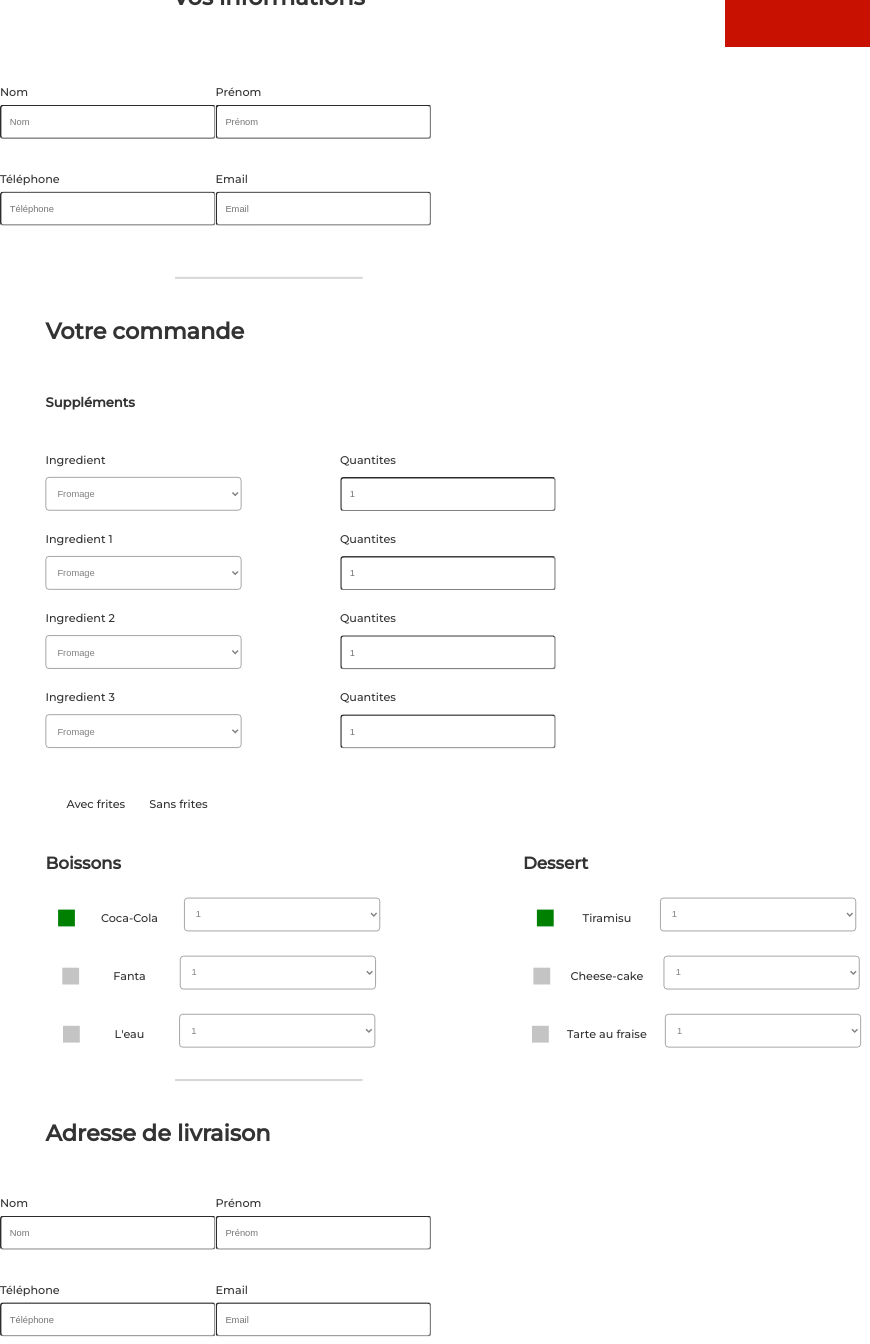
Repository: Ahlam-belhadj/bella-olange
Page: index2.html
An editor plug-in stored every save of this project. The page is shown before and after a run of saves, followed by the edit.
The browser window is 768 px wide. The page is 1243 px wide, so the pictures cover 1243 px, including what lies to the right of the window. The pictures show the part of the page from y = 828 to 2748 px (the page is 3199 px tall before and 3487 px after), at 70% of full size.

Above is the page before, as saved 2023-02-12 01:09:27.

### index2.html
<!DOCTYPE html>
<html lang="en">

<head>
    <meta charset="UTF-8">
    <meta http-equiv="X-UA-Compatible" content="IE=edge">
    <meta name="viewport" content="width=device-width, initial-scale=1.0">
    <link rel="stylesheet" href="style2.css">
    <title>Bella olanje</title>
</head>

<body>
  <header>
    <nav>
      <div class="logo"><img  class="logo" src="image/logo_bella_olonje.png" alt="logo"></div>
      <ul>
          <li><a href="#" class="nav-link">Home</a></li>
          <li><a href="#" class="nav-link">Pizza</a></li>
          <li><a href="#" class="nav-link">Burgers</a></li>
          <li><a href="#" class="nav-link">Salade</a></li>
          <li><a href="#" class="nav-link">Contact</a></li>

      </ul>
      <div class="icon_navbar">
          <label for="click" class="menu-btn">
            <i class="fas fa-bars"></i>
          </label>
      </div>
    </nav>

    <div class="title">
        <div class="texte">
            <h3>Food app</h3>
            <h1>Chez Bella <br>
                chaque désire s'additionne.</h1>
        </div>
    </div>
</header>




    <main>
      <div class="infos" id="form-infos">
        <form>
          <h1>Vos informations</h1>

          <div class="grp_infos">
            <div class="nom_prenom">
              <div class="label1">
                <label class="label_nom">Nom</label><br>
                <input type="text" placeholder="Nom">
              </div>
              <div class="label1">
                <label class="label_nom">Prénom</label><br>
                <input type="text" placeholder="Prénom">
              </div>
            </div>

            <div class="telephone_email">
              <div class="label1">
                <label class="label_nom">Téléphone</label><br>
                <input type="text" placeholder="Téléphone">
              </div>
              <div class="label1">
                <label class="label_nom">Email</label><br>
                <input type="text" placeholder="Email">
              </div>
            </div>
          </div>
        </form>
      </div>

      <hr>

      <div class="commande">
        <form>
          <h1>Votre commande</h1>
          <h3>Suppléments</h3>
          <div class="grp_suppliment">
            <div class="ingredient_quantite">
              <div class="fromage">
                <label>Ingredient</label><br>
                <select name="ingr" class="suppléments">
                  <option value="fromage">Fromage</option>
                  <option value="fromage">Fromage</option>
                  <option value="fromage">Fromage</option>
                  <option value="fromage">Fromage</option>
                  <option value="fromage">Fromage</option>
                  <option value="fromage">Fromage</option>
                  <option value="fromage">Fromage</option>
                </select>
              </div>
              <div class="box">
                <label>Quantites</label><br>
                <input type="number" min="0" placeholder="1">
              </div>
            </div>

            <div class="ingredient_quantite">
             <div class="fromage">
                <label>Ingredient 1</label><br>
                <select name="ingr" class="suppléments">
                  <option value="fromage">Fromage</option>
                  <option value="fromage">Fromage</option>
                  <option value="fromage">Fromage</option>
                  <option value="fromage">Fromage</option>
                  <option value="fromage">Fromage</option>
                  <option value="fromage">Fromage</option>
                  <option value="fromage">Fromage</option>
                </select>
              </div>
              <div class="box">
                <label>Quantites</label><br>
                <input type="number" min="0" placeholder="1">
              </div>
            </div>

            <div class="ingredient_quantite">
              <div class="fromage">
                <label>Ingredient 2</label><br>
                <select name="ingr" class="suppléments">
                  <option value="fromage">Fromage</option>
                  <option value="fromage">Fromage</option>
                  <option value="fromage">Fromage</option>
                  <option value="fromage">Fromage</option>
                  <option value="fromage">Fromage</option>
                  <option value="fromage">Fromage</option>
                  <option value="fromage">Fromage</option>
                </select>
              </div>
              <div class="box">
                <label>Quantites</label><br>
                <input type="number" min="0" placeholder="1">
              </div>
            </div>

            <div class="ingredient_quantite">
              <div class="fromage">
                <label>Ingredient 3</label><br>
                <select name="ingr" class="suppléments">
                  <option value="fromage">Fromage</option>
                  <option value="fromage">Fromage</option>
                  <option value="fromage">Fromage</option>
                  <option value="fromage">Fromage</option>
                  <option value="fromage">Fromage</option>
                  <option value="fromage">Fromage</option>
                  <option value="fromage">Fromage</option>
                </select>
              </div>
              <div class="box">
                <label>Quantites</label><br>
                <input type="number" min="0" placeholder="1">
              </div>
            </div>
          </div>


          <div class="check2">
            <label class="container">Avec frites
              <input type="radio" checked="checked" name="radio">
              <span class="checkmark"></span>
            </label>
            <label class="container">Sans frites
              <input type="radio" name="radio">
              <span class="checkmark"></span>
            </label>
          </div>


          <div class="all">
            <div class="content_of_boisson">
                <h2>Boissons</h2>
                <div class="boissons">
                    <div class="carre"></div>
                    <label>Coca-Cola</label>
                    <select name="Fromage" class="Fromage" style="margin-top: 10px;">
                      <option value="">1</option>
                      <option value="">2</option>
                      <option value="">3</option>
                      <option value="">4</option>
                    </select>
                </div>
                <div class="boissons">
                    <div class="carre grey"></div>
                    <label>Fanta</label>
                    <select name="Fromage" class="Fromage" style="margin-top: 10px;">
                      <option value="">1</option>
                      <option value="">2</option>
                      <option value="">3</option>
                      <option value="">4</option>
                    </select>
                </div>
                <div class="boissons">
                    <div class="carre grey"></div>
                    <label>L'eau</label>
                    <select name="Fromage" class="Fromage" style="margin-top: 10px;">
                      <option value="">1</option>
                      <option value="">2</option>
                      <option value="">3</option>
                      <option value="">4</option>
                    </select>
                </div>
            </div>

            <div class="content_of_dessert">
                <h2>Dessert</h2>
                <div class="boissons dessert">
                    <div class="carre"></div>
                    <label>Tiramisu</label>
                    <select name="Fromage" class="Fromage" style="margin-top: 10px;">
                        <option value="">1</option>
                        <option value="">2</option>
                        <option value="">3</option>
                        <option value="">4</option>
                    </select>
                </div>
                <div class="boissons dessert">
                    <div class="carre grey"></div>
                    <label>Cheese-cake</label>
                    <select name="Fromage" class="Fromage" style="margin-top: 10px;">
                      <option value="">1</option>
                      <option value="">2</option>
                      <option value="">3</option>
                      <option value="">4</option>
                    </select>
                </div>
                <div class="boissons dessert">
                    <div class="carre grey"></div>
                    <label>Tarte au fraise</label>
                    <select name="Fromage" class="Fromage" style="margin-top: 10px;">
                      <option value="">1</option>
                      <option value="">2</option>
                      <option value="">3</option>
                      <option value="">4</option>
                    </select>
                </div>
            </div>
            </div>
        </form>
      </div>

      <hr>

      <div class="livraison">
        <form>
          <h1>Adresse de livraison</h1>
          <div class="grp_infos">
            <div class="nom_prenom">
              <div class="label1">
                <label class="label_nom">Nom</label><br>
                <input type="text" placeholder="Nom">
              </div>
              <div class="label1">
                <label class="label_nom">Prénom</label><br>
                <input type="text" placeholder="Prénom">
              </div>
            </div>

            <div class="telephone_email">
              <div class="label1">
                <label class="label_nom">Téléphone</label><br>
                <input type="text" placeholder="Téléphone">
              </div>
              <div class="label1">
                <label class="label_nom">Email</label><br>
                <input type="text" placeholder="Email">
              </div>
            </div>
            <div class="nom_prenom">
              <div class="label1">
                <label class="label_nom">Adresse</label><br>
                <input type="text" placeholder="Adresse">
              </div>
              <div class="label1">
                <label class="label_nom">Code postale</label><br>
                <input type="text" placeholder="Code postale">
              </div>
            </div>

            <div class="telephone_email">
              <div class="label1">
                <label class="label_nom">Ville</label><br>
                <input type="text" placeholder="Ville">
              </div>
              <div class="label1">
                <label class="label_nom">Pays</label><br>
                <input type="text" placeholder="Pays">
              </div>
            </div>
          </div>
            <div class="div_button"><button class="button" type="button">Envoyer</button></div>
        </form>

      </div>
    </main>

</body>

</html>

### style2.css
@import url('https://fonts.googleapis.com/css2?family=Montserrat:wght@100;200;500&display=swap');

body {
    font-family: Montserrat, sans-serif;
    margin: auto;
}


.logo {
    height: 80px;
}

nav {
    display: flex;
    height: 80px;
    width: 100%;
    background: white;
    align-items: center;
    justify-content: space-between;
    padding: 0 50px 0 100px;
    flex-wrap: wrap;
  }

  nav .logo {
    color: #fff;
    font-size: 20px;
    text-transform: uppercase;
    text-decoration: none;
  }

  nav a {
    color: #fff;
    text-decoration: none;
  }

  nav ul {
    display: flex;
    flex-wrap: wrap;
    list-style: none;

  }

  nav ul li {
    margin: 0 5px;
  }

  nav ul li a {
    color: black;
    text-decoration: none;
    font-size: 16px;
    font-weight: 500;
    padding: 8px 15px;
    border-radius: 5px;
    letter-spacing: 1px;
    transition: all 0.3s ease;
  }

  nav .icon_navbar {
    display: flex;
  }



  nav .menu-btn i {
    color: #050505;
    font-size: 22px;
    cursor: pointer;

  }

  input[type="checkbox"] {
    display: none;
  }

  @media (max-width: 1000px) {
    nav {
      padding: 0 40px 0 50px;
    }

    nav .logo {
      color: #fff;
      font-size: 16px;
      text-transform: uppercase;
    }
  }

  @media (max-width: 1250px) {
    nav .menu-btn i {
      display: block;
    }

    #click:checked~.menu-btn i:before {
      content: "\f00d";
    }

    nav ul {
      position: fixed;
      top: 80px;
      right: -100%;
      background: #C81100;
      height: 100vh;
      width: 60%;
      text-align: center;
      display: block;
      transition: all 0.3s ease;
    }

    #click:checked~ul {
      right: 0;
    }

    nav ul li {
      width: 100%;
      margin: 40px 0;
    }

    nav ul li a {
      width: 100%;
      display: block;
      font-size: 20px;
      transition: 0.6s cubic-bezier(0.68, -0.55, 0.265, 1.55);
    }

    #click:checked~ul li a {
      margin-left: 0px;
    }

    nav ul li a.active,
    nav ul li a:hover {
      background: none;
      color: #1E1E1E;
    }
  }
.title {
  background-image: url(image/Rectangle\ 48.png);
  height: 619px;
  background-repeat: no-repeat;
  background-position: center;
  background-size: cover;



}

.texte{
    color: white;
    display: flex;
    align-items: center;
    justify-content: center;
    flex-direction: column;
    text-align: center;
    height: 50%;
}



/*food_app*/
.title_food_app {
    padding-top: 50px;
}

.food_app{
    background-image: url(./img/food_app.png);
    min-height: 90vh;
    background-repeat: no-repeat;
    background-position: center;
    background-size: cover;
}
.title_food_app h3 {
    font-family: 'Montserrat';
    font-style: normal;
    font-weight: 550;
    font-size: 24px;
    line-height: 36px;
    text-align: center;
    letter-spacing: 0.1px;
    color: #F7F7F7;
    padding-top: 50px;
}

.title_food_app{

    font-family: Montserrat;
    font-style: normal;
    font-weight: 600;
    font-size: 58px;
    line-height: 80px;
    text-align: center;
    letter-spacing: 0.2px;
    color: #FFFFFF;
}

.title_pizza {
    display: flex;
    justify-content: center;
    color: #000000;
}
/*food_app*/


/*infos*/


.ingredient_quantite{
    display: flex;
    flex-direction:row;
    justify-content: flex-start;
    gap: 20%;
    margin-bottom: 10px;
}


main {
    color: #333333;
}

.label1 input {
    width: 280px;
    height: 35px;
    margin-bottom: 20px;
    margin-top: 8px;
    padding: 5px 12px;
    color: grey;
    border-radius: 5px;
    border-color: gray;
}


.infos h1 {
    padding: 85px;
}

hr {
    height: 3px;
    background-color:#d8d8d8;
    border: none;
    margin: 25px 250px 25px;
}

.nom_prenom {
    display: flex;
    justify-content: space-around;
    padding-right: 400px;
    padding-bottom: 28px;
}
.telephone_email {
    display: flex;
    justify-content: space-around;
    padding-right: 400px;
    padding-bottom: 28px;
}

/*infos*/

/*livraison*/

.livraison h1 {
    margin-left: 65px;
    padding-top: 30px;
    padding-bottom: 50px;
}
/*livraison*/

/*commande*/
.suppléments {
    width: 280px;
    height: 48px;
    margin-bottom: 20px;
    margin-top: 15px;
    padding: 5px 12px;
    color: grey;
    border-radius: 5px;
    border-color: gray;
    background-color: #FFFFFF;
}


.commande {
    margin-left: 65px;
}

.commande h1 {
    padding-top: 30px;
}

.commande h3 {
    padding-top: 50px;
    padding-bottom: 42px;
}

.box input {
    width: 280px;
    height: 35px;
    margin-bottom: 20px;
    margin-top: 15px;
    padding: 5px 12px;
    color: grey;
    border-radius: 5px;
    border-color: gray;
}

.boissons_dessert {
    display: flex;
    flex-direction: row;
}

/*commande*/


.div_button {
    padding: 50px 150px 70px 0px;
    display: flex;
    justify-content: flex-end;
}

button {
    border: 0;
    line-height: 2.5;
    width: 120px;
    padding: 0 18px;
    font-size: 18px;
    text-align: center;
    color: #fff;
    border-radius: 20px;
    background-color: #FA4A0C;
    box-shadow: 1px 1px 5px #B73227;
}


/*dessert et boissons*/

.avec, .sans {
    display: flex;
    flex-direction: row;
    justify-content: space-around;
    width: 150px;
    height: 40px;
    align-items: center;
}

.sans_f {
    padding-top: 39px;
    padding-left: 50px;
}
.avec_f {
    padding-left: 10px;
}

.boissons{
    display: flex;
    align-items: center;
    justify-content: space-around;
    width: 31rem;
    padding-top: 5px;
}

.carre {
    width: 24px;
    height: 24px;
    background-color: green;
}

.carre.grey {
    background-color: #C4C4C4;
}

.all {
    display: flex;
}

.content_of_dessert {
    margin-left: 186px;
}

.Fromage {
    padding: 7px;
    border-radius: 5px;
    width: 280px;
    height: 48px;
    margin-bottom: 20px;
    margin-top: 8px;
    padding: 5px 12px;
    color: grey;
    border-radius: 5px;
    border-color: gray;
    background-color: #FFFFFF;
}
/*dessert et boissons*/


/*checkbox*/
.check2 {
    padding-top: 40px;
    padding-bottom: 40px;
}
.container {
    padding-left: 30px;
    margin-bottom: 12px;
    cursor: pointer;
    font-size: 16px;


  }

  .container input {
    position: absolute;
    opacity: 0;
    cursor: pointer;
  }

  .checkmark {
    position: absolute;
    top: 0;
    left: 0;
    height: 21px;
    width: 21px;
    background-color: rgba(176, 176, 176, 0.677);
    border-radius: 50%;
}




  .container input:checked  .checkmark {
    background-color: #2e3983;
  }

  .checkmark:after {
    position: absolute;
    display: none;
  }

  .container input:checked ~ .checkmark:after {
    display: block;
  }

  .container .checkmark:after {
       top: 9px;
      left: 9px;
      width: 8px;
      background: white;
  }
/*checkbox*/

@media (max-width:800px) {
.infos h1{
    text-align: center;
}
.nom_prenom {
    display: flex;
    justify-content: space-around;
    padding-right: 400px;
    padding-bottom: 28px;
}
.telephone_email {
    display: flex;
    justify-content: space-around;
    padding-right: 400px;
    padding-bottom: 28px;
}
}

After the next 3 saves:
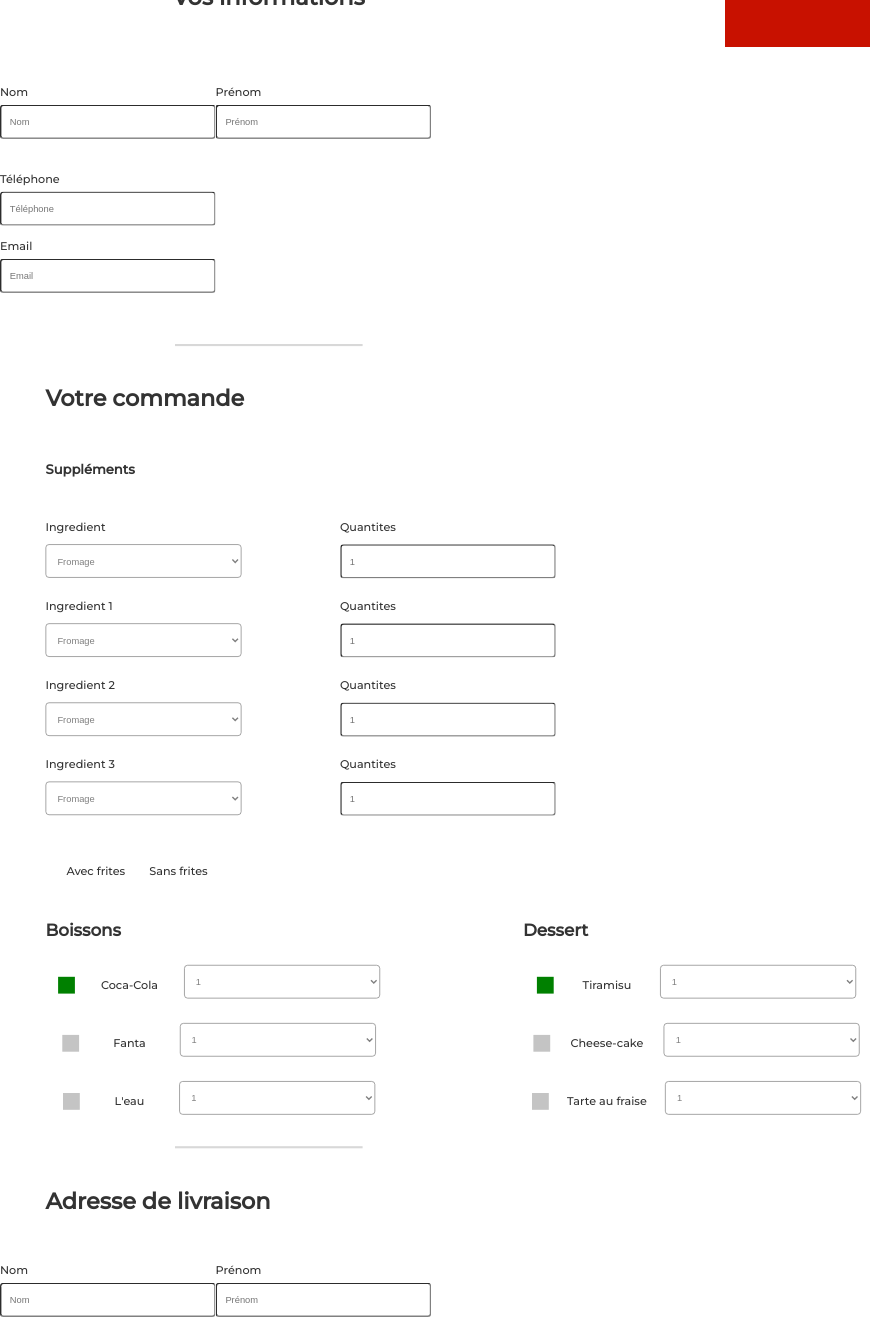
The 3 saves are shown as one change because they came seconds apart.
The last was saved 8 s later.
--- a/style2.css
+++ b/style2.css
@@ -453,9 +453,6 @@ button {
     padding-bottom: 28px;
 }
 .telephone_email {
-    display: flex;
-    justify-content: space-around;
-    padding-right: 400px;
-    padding-bottom: 28px;
-}
-}
+   flex-direction: column;
+}
+}
